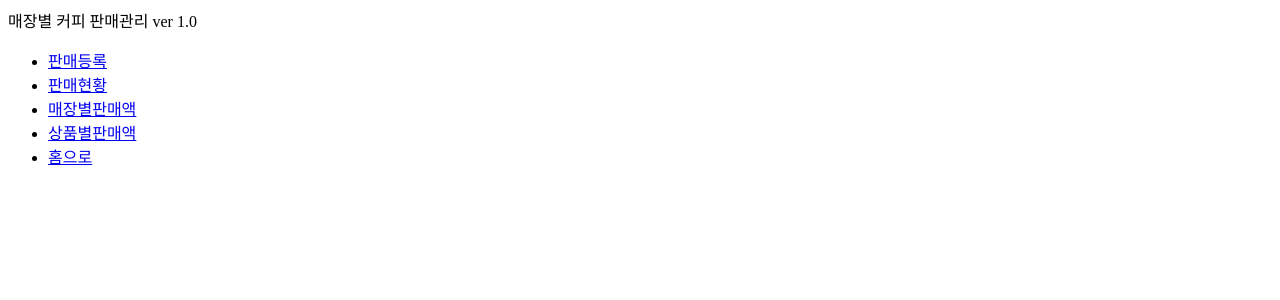
Repository: cmg0523/jsp
Page: http://localhost/Coffee_30626/
These files come from the project's save history. The page is drawn as it stood at one moment and after the next save; the edit follows.
The browser window is 1280 px wide. The pictures show the whole page.
The page is served by Tomcat 9.

Above is the page before, as saved 2021-08-17 08:09:37.

After the next save:
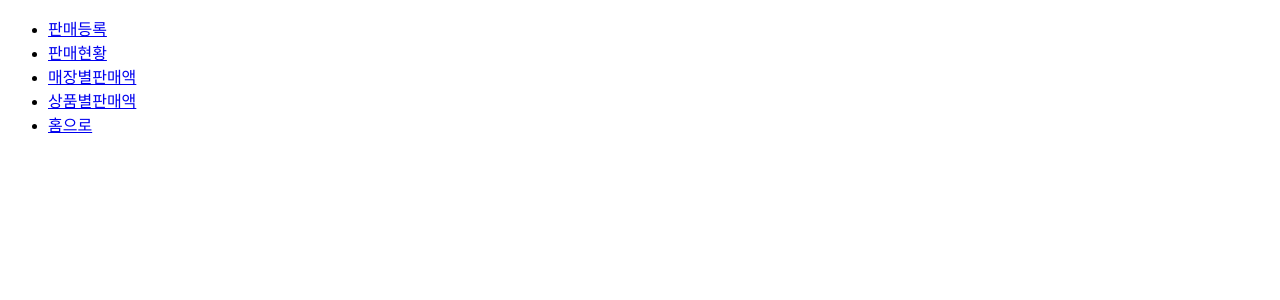
Saved 13 s later.
--- a/coffeeManage/Coffee_30626/WebContent/index.jsp
+++ b/coffeeManage/Coffee_30626/WebContent/index.jsp
@@ -1,13 +1,16 @@
 <%@ page language="java" contentType="text/html; charset=UTF-8"
     pageEncoding="UTF-8"%>
+<%@page import="java.sql.*" %>
+<%@page import="DBPKG.Util" %>
 <!DOCTYPE html>
 <html>
 <head>
 <meta charset="UTF-8">
 <title>Insert title here</title>
+<title> 매장별 커피 판매관리 ver 1.0 </title>
+<link rel="stylesheet" href="css.css"/>
 </head>
 <body>
-	<header> 매장별 커피 판매관리 ver 1.0 </header>
 	<nav>
 		<ul>
 			<li><a class="nav1"href="insert.jsp">판매등록</a></li>
